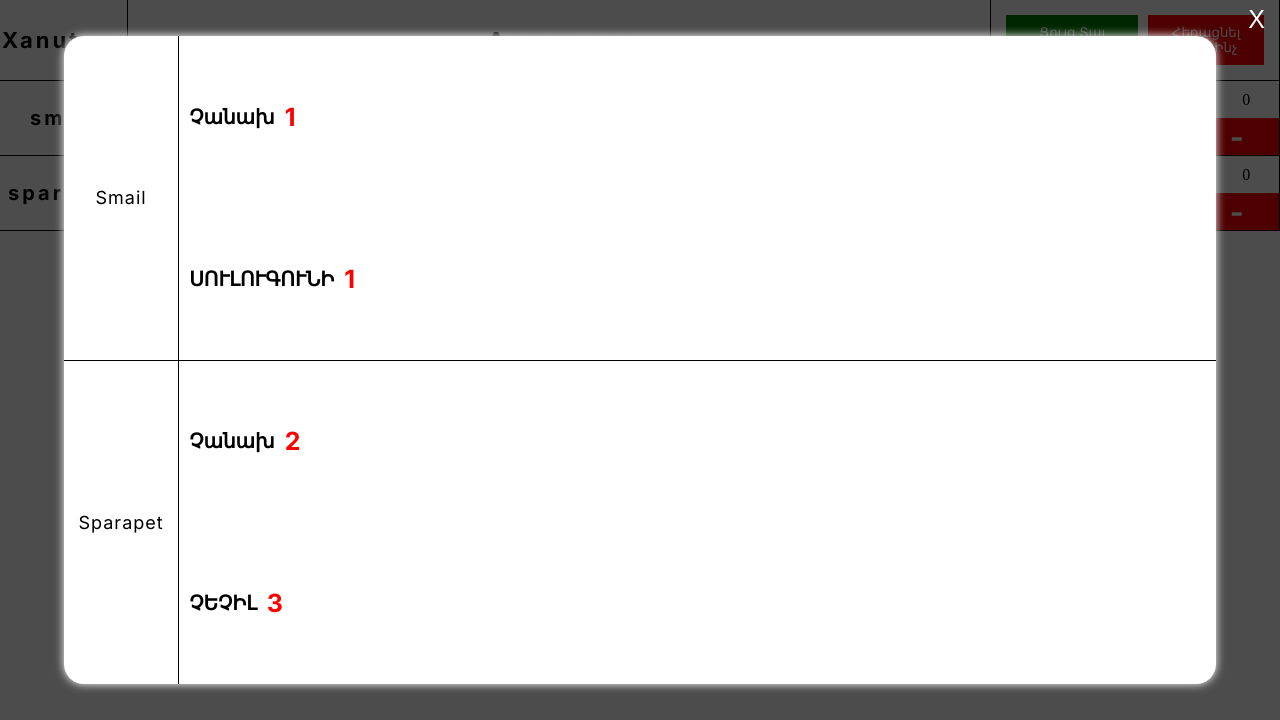
Repository: AbApin/amasia
Page: /
The author's editor kept a copy of each file at every save. The page is drawn from the files as they stood at one save, then again after a run of saves.
The browser window is 1280 px wide. The pictures show the whole page.
The project was rebuilt for these pictures with package versions that can differ from the ones it lists, and the page was loaded fresh each time. Also part of the build but not shown: vue.config.js.

Above is the page before, as saved 2023-01-28 17:23:33.

After the next 4 saves:
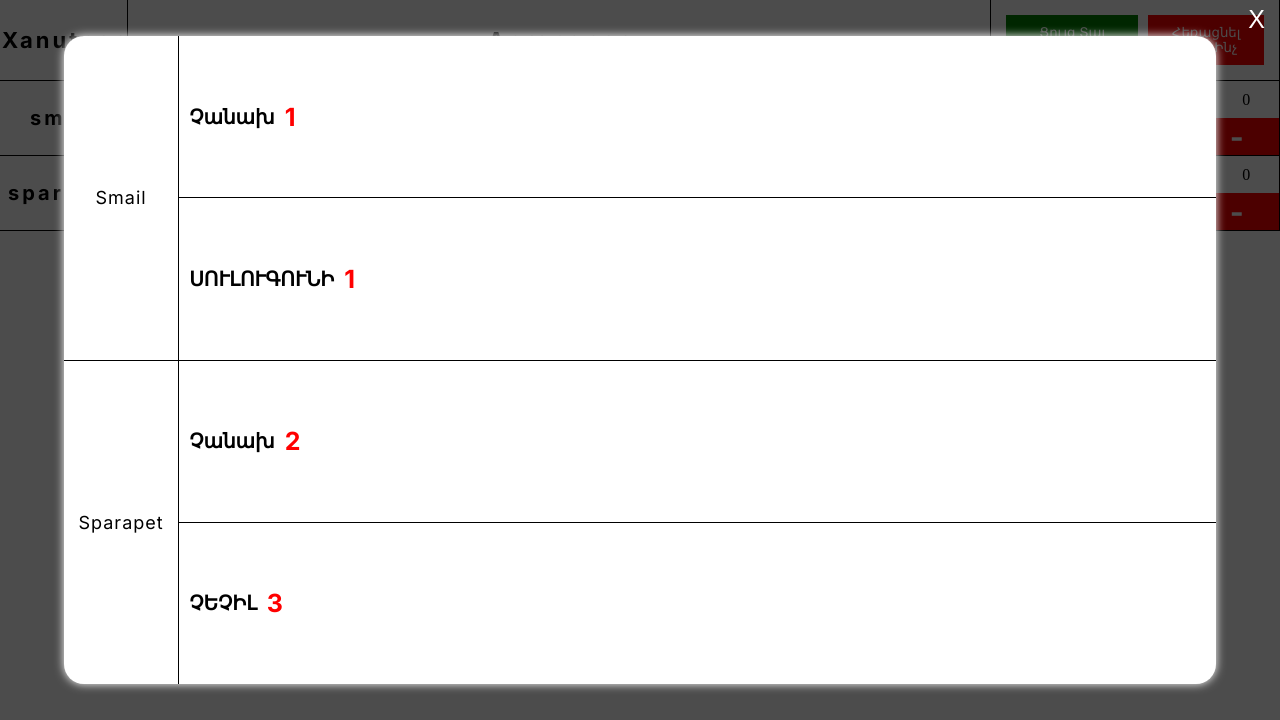
The 4 saves are shown as one change because they came seconds apart.
The last was saved 29 s later.
--- a/src/App.vue
+++ b/src/App.vue
@@ -297,11 +297,8 @@ ul {
   display: flex;
   flex-direction: column;
   justify-content: space-between;
-  border-bottom: 1px solid #000;
-}
-.endhanurApranqneriList:last-child{
-  border-bottom: none
-}
+}
+
 .endhanurApranqneriListItem {
   display: flex;
   gap: 10px;
@@ -309,6 +306,10 @@ ul {
   align-items: center;
   justify-content: flex-start;
   padding: 10px;
+  border-bottom: 1px solid #000;
+}
+.endhanurApranqneriListItem:last-child {
+  border-bottom: none;
 }
 .endhanurApranqneriListItemQanak {
   color: red;
